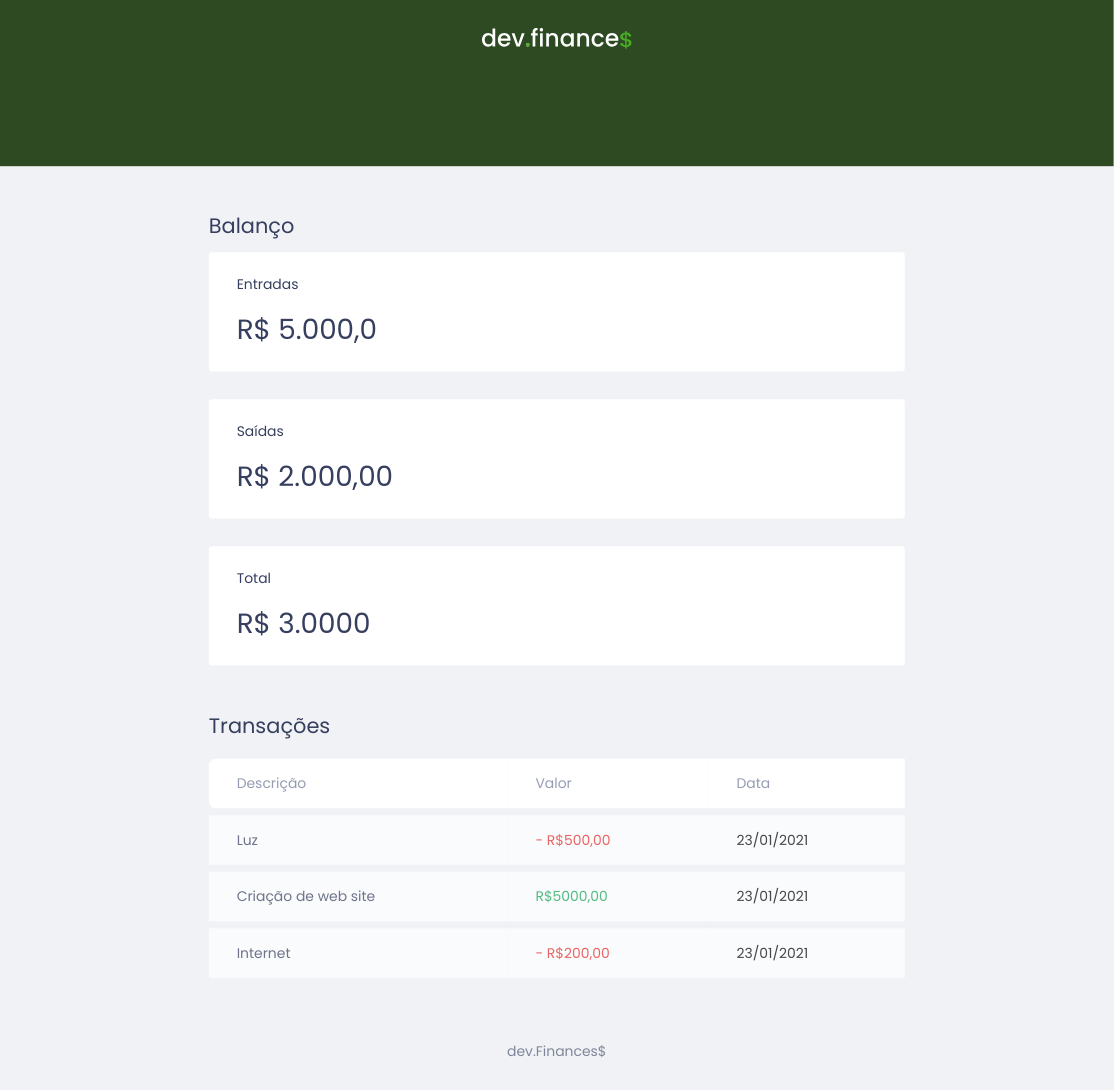
Repository: rafaelmgr12/maratona-dev01
Page: index.html
These files come from the project's save history. The page is drawn as it stood at one moment and after the next save; the edit follows.
The browser window is 1280 px wide. The pictures show the whole page, at 87% of full size.

Above is the page before, as saved 2021-04-27 19:49:35.

After the next save:
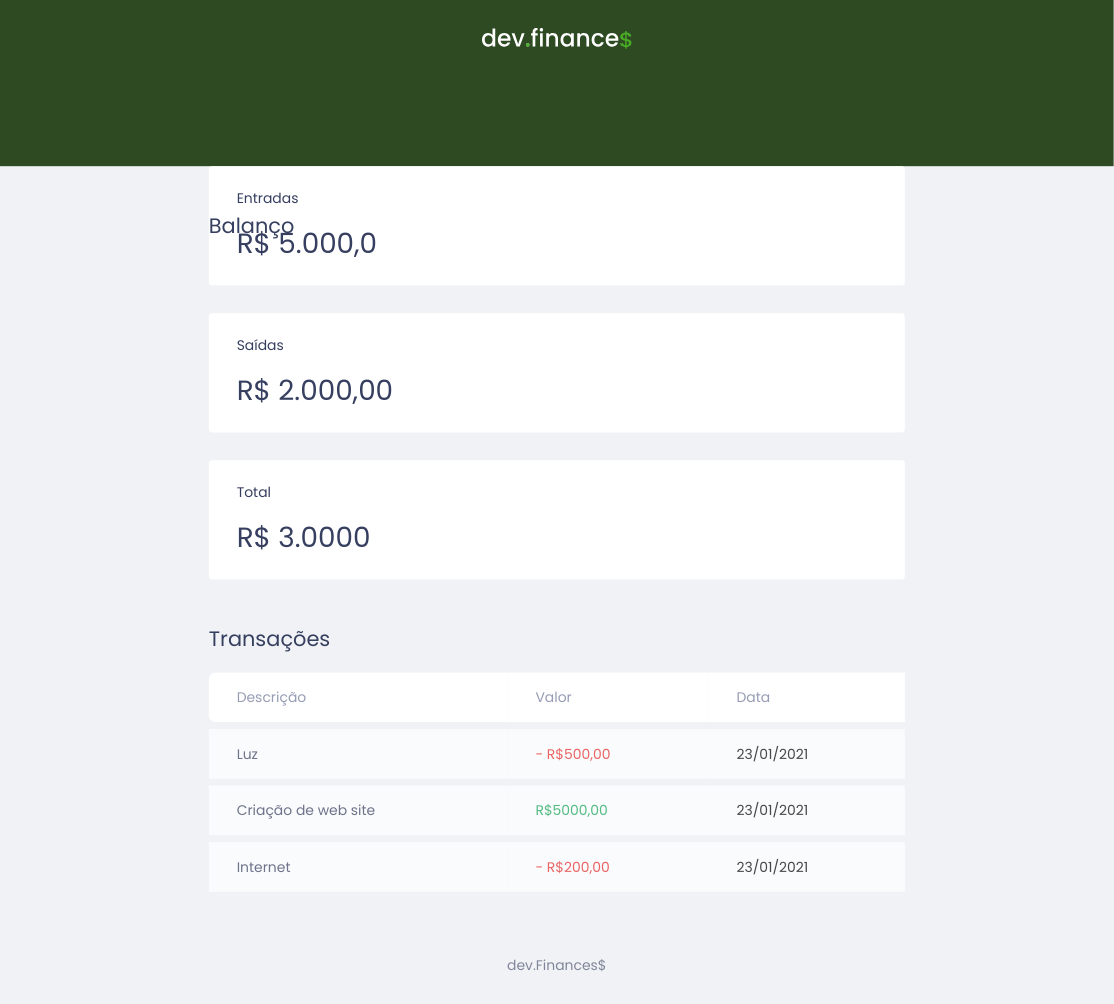
Saved 66 s later.
--- a/style.css
+++ b/style.css
@@ -11,6 +11,9 @@
 body {
   background: #f0f2f5;
   font-family: "Poppins", sans-serif;
+}
+.sr-only{
+  position: absolute;
 }
 .container {
   width: min(90vw, 800px);
